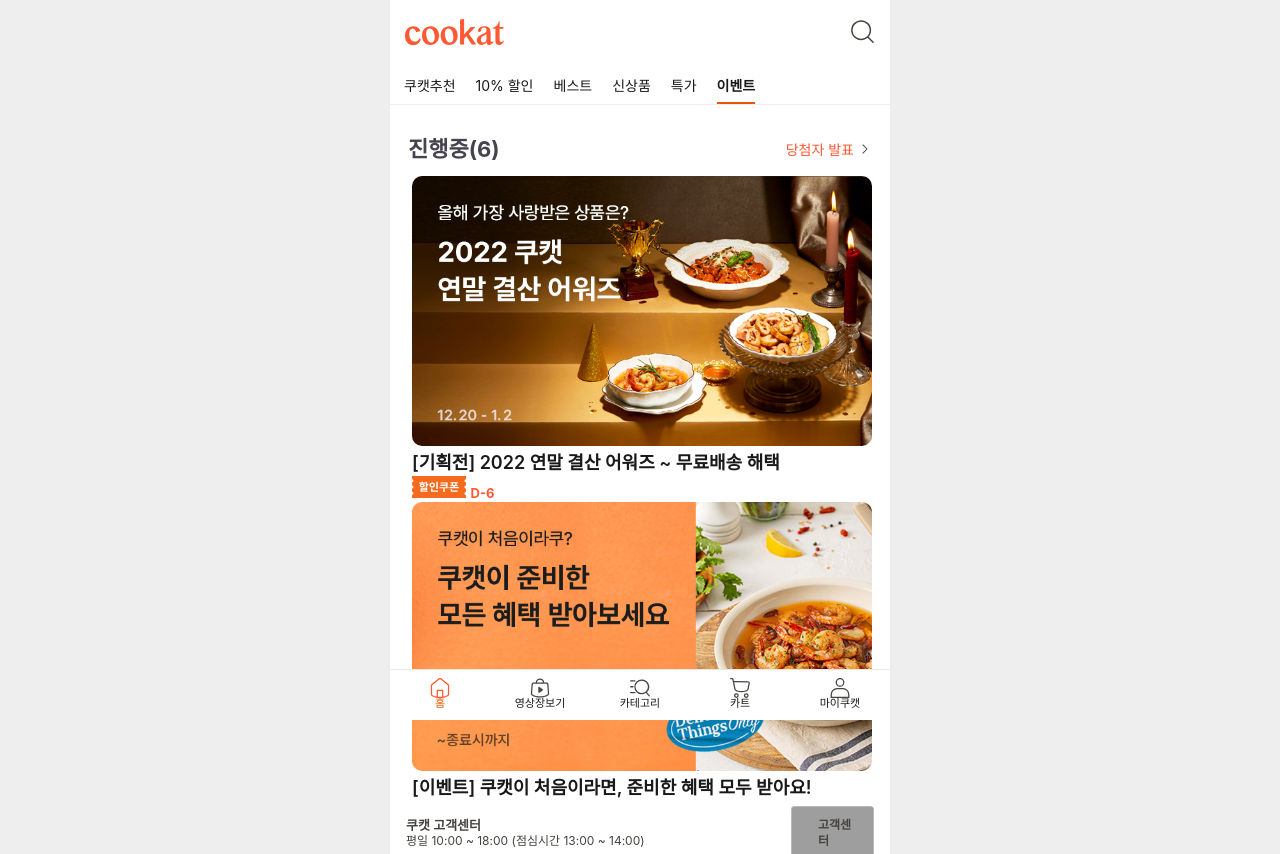
Repository: CooKat/Cookat
Page: event.html
These files come from the project's save history. The page is drawn as it stood at one moment and after the next save; the edit follows.
The browser window is 1280 px wide. The pictures show the part of the page from y = 0 to 854 px (the page is 1651 px tall before and 1644 px after).
Pictures or frames that could not be fetched are drawn as grey boxes. A picture or video elsewhere on the page could not be fetched, so the positions and the page height are approximate. Some web fonts or font styles are not loaded; a fallback is used.

Above is the page before, as saved 2022-12-27 20:59:42.
Not found: js/ex1.js

### event.html
<!DOCTYPE html>
<html lang="ko-KR">
  <head>
    <meta charset="UTF-8" />
    <meta http-equiv="X-UA-Compatible" content="IE=edge" />
    <meta name="viewport" content="width=device-width, initial-scale=1.0" />
    <link rel="shortcut icon" type="image/x-icon" href="./images/1.png" />
    <link
      rel="stylesheet"
      as="style"
      crossorigin
      href="https://cdn.jsdelivr.net/gh/orioncactus/pretendard@v1.3.6/dist/web/static/pretendard.css"
    />
    <link
      href="https://cdn.jsdelivr.net/npm/remixicon@2.5.0/fonts/remixicon.css"
      rel="stylesheet"
    />
    <link rel="stylesheet" href="https://cdn.jsdelivr.net/npm/swiper/swiper-bundle.min.css" />
    <link rel="stylesheet" href="./css/main.css" />
    <link rel="stylesheet" href="./css/event.css" />
    <title>쿠캣</title>
  </head>
  <body>
    <div class="container">

      <!-- 상단 메뉴바 -->
      <header class="header">
        <a href="/" class="logo"><img src="./images/logo-main.svg" alt="쿠캣마켓" /></a>
        <div class="menu swiper">
          <ul class="swiper-wrapper" role="menubar" aria-hidden="false">
            <li role="none" class="swiper-slide">
              <a role="menuitem" href="/">쿠캣추천</a>
            </li>
            <li class="swiper-slide" role="none"><a role="menuitem" href="/">10% 할인</a></li>
            <li class="swiper-slide" role="none">
              <a role="menuitem" href="./best.html">베스트</a>
            </li>
            <li class="swiper-slide" role="none"><a role="menuitem" href="/">신상품</a></li>
            <li class="swiper-slide" role="none">
              <a role="menuitem" href="./specialPrice.html">특가</a>
            </li>
            <li class="swiper-slide  active" role="none"><a role="menuitem" href="/">이벤트</a></li>
          </ul>
        </div>
        <button type="button" class="search">
          <img src="./images/ic-24-finder.svg" alt="검색 아이콘" />
        </button>
      </header>

      <main class="main">
        <section class="event">
          <!-- 진행중(6) 당첨자 발표 -->
          <div class="event-ing">
            <h2 class="event-ing-title">진행중(6)</h2>
            <p>당첨자 발표</p>
          </div>

          <!-- 행사 아이템들 -->
          <div class="item-list">
            <div class="item-list-item">
              <img src="./images/event1.jpg">
              <h2 class="item-list-title">[기획전] 2022 연말 결산 어워즈 ~ 무료배송 해택</h2>
              <svg xmlns="http://www.w3.org/2000/svg" width="54" height="22" viewBox="0 0 54 22">
                <g fill="none" fill-rule="evenodd">
                    <path fill="#F56B1D" d="M54 9.428V6.353c-.944 0-1.458-.771-1.458-1.639S53.195 3.143 54 3.143V0H0v3.143c.806 0 1.459.703 1.459 1.571S.806 6.286 0 6.286v3.142c.806 0 1.459.704 1.459 1.572 0 .868-.653 1.572-1.459 1.572v3.142c.806 0 1.459.704 1.459 1.572 0 .868-.653 1.571-1.459 1.571V22h54v-2.924c-.996 0-1.458-.77-1.458-1.639 0-.868.653-1.723 1.458-1.723v-3.051c-1.021 0-1.458-.795-1.458-1.663S53.195 9.428 54 9.428z"/>
                    <path fill="#FFF" fill-rule="nonzero" d="M13.195 7.652V6.563H10.94v-.825H9.477v.825H7.222v1.089h5.973zm2.013 3.63V9.148h1.342V7.96h-1.342V5.804h-1.452v5.478h1.452zm-4.994-.077c.374 0 .715-.039 1.023-.116.308-.077.57-.187.787-.33.216-.143.383-.315.5-.517.117-.201.176-.43.176-.687 0-.257-.059-.488-.176-.693-.117-.205-.284-.38-.5-.523-.217-.143-.479-.253-.787-.33-.308-.077-.649-.115-1.023-.115-.374 0-.713.038-1.018.115-.304.077-.566.188-.786.33-.22.143-.389.318-.506.523-.117.205-.176.436-.176.693 0 .257.059.486.176.688.117.201.286.373.506.516.22.143.482.253.787.33.304.077.643.116 1.017.116zm0-1.023c-.337 0-.605-.051-.803-.154-.198-.103-.297-.26-.297-.473 0-.213.099-.372.297-.479.198-.106.466-.159.803-.159s.605.053.803.16c.198.106.297.265.297.478 0 .213-.099.37-.297.473-.198.103-.466.154-.803.154zm5.28 5.687v-1.056H9.972v-.561h5.236v-2.574H8.52v1.056h5.258v.528H8.531v2.607h6.963zm10.274-2.772V5.826h-1.463v7.271h1.463zm-5.511-1.496c.389 0 .75-.064 1.083-.193.334-.128.626-.306.875-.533.25-.227.444-.499.583-.814.14-.315.209-.656.209-1.023 0-.374-.07-.719-.209-1.034-.14-.315-.334-.587-.583-.814-.25-.227-.54-.405-.875-.534-.333-.128-.694-.192-1.083-.192s-.752.064-1.089.192c-.337.129-.629.307-.874.534-.246.227-.44.499-.584.814-.143.315-.214.66-.214 1.034 0 .367.072.708.215 1.023.143.315.337.587.583.814.245.227.537.405.874.534.337.128.7.192 1.089.192zm0-1.254c-.374 0-.691-.115-.952-.346-.26-.231-.39-.552-.39-.963 0-.418.13-.742.39-.973.26-.231.578-.347.952-.347.381 0 .698.115.951.347.254.23.38.555.38.973 0 .41-.127.732-.38.963-.252.23-.57.346-.951.346zm5.764 5.423v-1.155h-5.544v-2.233h-1.452v3.388h6.996zm6.754.154v-3.586h3.861v-1.177h-1.342c.169-.821.268-1.542.297-2.162.03-.62.044-1.19.044-1.71v-.913H28.54v1.155h5.698v.506c0 .169-.007.345-.022.528l-6.006.187.165 1.232 5.742-.297c-.03.227-.064.464-.104.71-.04.245-.09.5-.149.764h-6.38v1.177h3.839v3.586h1.452zm13.97-3.663v-1.155h-3.861v-.913h2.97V9.049h-1.21V7.344h1.287V6.189h-7.535v1.155h1.287v1.705h-1.221v1.144h2.97v.913h-3.839v1.155h9.152zm-3.542-3.212h-2.079V7.344h2.079v1.705zm2.519 6.721v-1.155h-5.566V12.91h-1.452v2.86h7.018z"/>
                </g>
            </svg>
              <span class="coupon">D-6</span>
            </div>
          </div>

          <div class="item-list">
            <div class="item-list-item">
              <img src="./images/event2.jpg">
              <h2 class="item-list-title">[이벤트] 쿠캣이 처음이라면, 준비한 혜택 모두 받아요!</h2>
            </div>
          </div>

        </section>

      </main>

      <!-- footer -->
      <footer class="footer">
        <div class="center-info-container">
          <h2 class="center-info">쿠캣 고객센터</h2>
          <span class="time-info"
            >평일 <time>10:00</time> ~ <time>18:00</time> (점심시간 <time>13:00</time> ~
            <time>14:00</time>)</span
          >

          <a href="tel:1668-3525" class="center-contact"> 고객센터</a>
        </div>
        <div class="business-info-container">
          <div class="business-info-title-container">
            <h2 class="business-info">(주) 쿠캣 사업자 정보</h2>
            <button class="business-info-toggle-btn">
              <img
                alt="addit-toggle-img"
                src="	https://crcf.cookatmarket.com/assets/mobile/img/using_guide/ic-16-close-bold.svg"
              />
            </button>
          </div>

          <ul class="business-info-list">
            <li class="business-info-item">
              <label for="representative">대표자</label><span id="representative">이문주</span>
            </li>
            <li class="business-info-item">
              <label for="address">주소</label>
              <address id="address">
                서울특별시 강남구 영동대로112길 36, 3층, 지하 1층 (삼성동, 오티씨타워)
              </address>
            </li>
            <li class="business-info-item">
              <label
                for="
              business-number"
                >사업자등록번호</label
              ><span id=" business-number">
                110-86-12995
                <a class="business-info-check" href="/">사업자정보 확인</a></span
              >
            </li>
            <li class="business-info-item">
              <label for="mail-order-number">통신판매업 신고번호</label
              ><span
                id="
              mail-order-number"
                >2018-서울강남-01681</span
              >
            </li>
            <li class="business-info-item">
              <div class="center-info-flexcontent-container">
                <label
                  for="
              service-center"
                  >고객센터</label
                >
                <div class="center-info-content-container">
                  <a
                    id="service-center"
                    href="tel:1668-3525
              "
                    >1668-3525
                  </a>
                  <span id="service-center"
                    >평일 <time>10:00</time> ~ <time>18:00</time> (점심시간 <time>13:00</time> ~
                    <time>14:00</time>) 주말 <time>10:00</time> ~ <time>13:00</time></span
                  >
                </div>
              </div>
            </li>
            <li class="business-info-item">
              <label for="marketing-email">마케팅 제휴문의</label
              ><span id="marketing-email">marketing@cookat.co</span>
            </li>
            <li class="business-info-item">
              <label
                for="
              goods-email"
                >상품 제휴문의</label
              ><span id=" goods-email">
                <span>product@cookat.co<br /></span
              ></span>
            </li>
            <li class="business-info-item">
              <label for="person-in-charge">개인정보보호 책임자</label
              ><span id="person-in-charge"> 주지석 (jiseok.joo@cookat.co)</span>
            </li>
          </ul>

          <small class="copyright"> Copyright © 쿠캣. All rights reserved.</small>
          <ul class="more-details-list">
            <li><a class="more-details" href="/">이용약관</a></li>
            <li>
              <a class="more-details" id="qkdcla" href="/">개인정보 처리방침</a>
            </li>
            <li><a class="more-details" href="/">공지사항</a></li>
          </ul>
        </div>

        <div class="additional-container">
          <a href="/">로그인</a>
          <a id="app-down" href="/"> APP다운</a>
        </div>
      </footer>

      <!-- 하단바 -->
      <nav class="fix-footer-menu">
        <ul>
          <li class="my-home on"><a href="/">홈</a></li>
          <li class="my-video"><a href="/">영상장보기</a></li>
          <li class="my-menu"><a href="/">카테고리</a></li>
          <li class="my-cart"><a href="/">카트</a></li>
          <li class="my-cookat"><a href="/">마이쿠캣</a></li>
        </ul>
      </nav>
    </div>

    <!-- Swiper JS -->
    <script src="https://cdn.jsdelivr.net/npm/swiper/swiper-bundle.min.js"></script>
    <!-- Initialize Swiper -->
    <script src="./js/ex1.js"></script>
    <script>
      var menu = new Swiper('.menu.swiper', {
        slidesPerView: 'auto',
        freeMode: true,
      });
    </script>
  </body>
</html>

### css/event.css
main{
  padding: 0 18px;
}
.event{

}

.event-ing{
  display: flex;
  flex-flow: row nowrap;
  justify-content: space-between;
  align-items: center;
  margin-top: var(--spacing-xxl);
  margin-bottom: var(--spacing-md);
}

.event-ing-title{
  font-size: var(--text-xl);
  line-height: var(--text-xxl);
  color: var(--color-black);
  font-weight: 700;
}

.event-ing p{
  color: #ff5833;
  font-size: var(--text-sm);
}
.event-ing p::after{
  content: '';
  color: #ff5833;
  margin-left: var(--spacing-xxs);
  padding-left: var(--spacing-md);
  background: url(../images/ic-16-next-fit.svg) no-repeat center/6px;
}

.item-list{

}

.item-list-item{

}

.item-list-item img{
  border-radius: 10px;
}

.item-list-title{
  font-size: var(--text-lg);
  line-height: var(--text-xxl);
  font-weight: 600;
}
.item-list-item{
  padding-left: var(--spacing-xxs);
}
.coupon{
  color: #ff5833;
  line-height: var(--text-l);
  font-size: var(--text-xs);
  font-weight: 700;
}

### css/theme.css
:root {
  /* 수식 단축키 art+shift+M */
  --color-white: #ffffff;
  --color-blank: #f9f9f9;
  --color-cement: #9d9995;
  --color-placeholder: #bbb8b5;
  --color-deep-orange: #eb5500;
  --color-border: #e9e8e2;
  --color-success: #579bdb;
  --color-black: #46434f;
  --color-gray: #9d999d;
  --color-greyish-brown: #5b5752;

  --spacing-sxxs: 0.125rem; /* 2px */
  --spacing-xxs: 0.25rem; /* 4px */
  --spacing-xs: 0.5rem; /* 8px */
  --spacing-sm: 0.625rem; /* 10px */
  --spacing-xm: 0.75rem; /* 12px */
  --spacing-md: 0.875rem; /* 14px */
  --spacing-m: 0.937rem; /* 15px */
  --spacing-base: 1rem; /* 16px */
  --spacing-lg: 1.125rem; /* 18px */
  --spacing-l: 1.25rem; /* 20px */
  --spacing-xl: 1.5rem; /* 24px */
  --spacing-xxl: 2rem; /* 32px */
  --spacing-xxxl: 2.5rem; /* 40px */

  --text-sxxs: 0.6875rem; /* 11px */
  --text-xxs: 0.75rem; /* 12px */
  --text-xs: 0.8125rem; /* 13px */
  --text-sm: 0.875rem; /* 14px */
  --text-md: 0.9375rem; /* 15px */
  --text-base: 1rem; /* 16px */
  --text-lg: 1.125rem; /* 18px */
  --text-xl: 1.375rem; /* 22px */
  --text-xxl: 1.625rem; /* 26px */

  --swiper-navigation-size: 1.125rem; /* 18px */

  --max-width: 31.25rem; /* 500px */
}

Loaded but not shown: css/normalize.css (library); css/reset.css (common file); css/main.css (887 lines, source omitted)

After the next save:
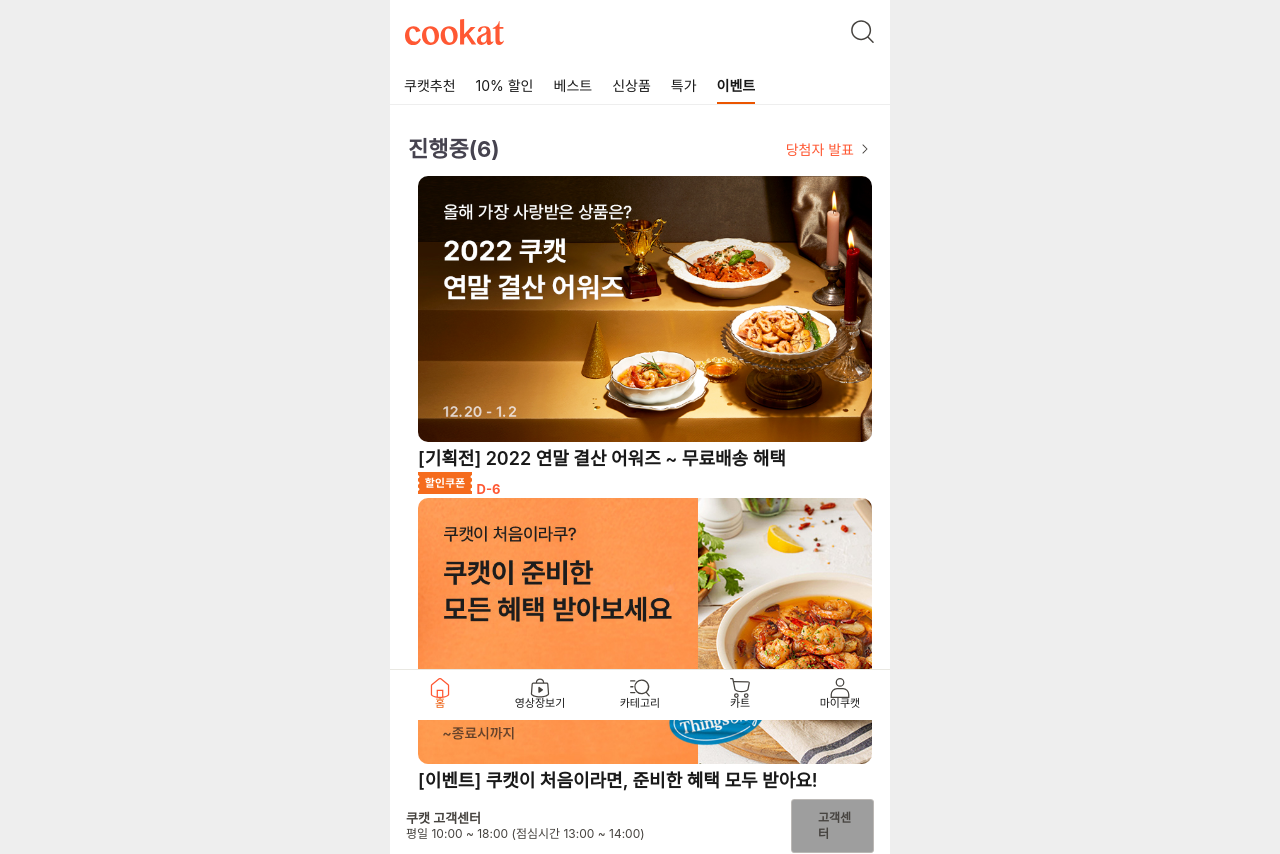
Saved 16 s later.
--- a/css/event.css
+++ b/css/event.css
@@ -51,7 +51,7 @@
   font-weight: 600;
 }
 .item-list-item{
-  padding-left: var(--spacing-xxs);
+  padding-left: var(--spacing-sm);
 }
 .coupon{
   color: #ff5833;
